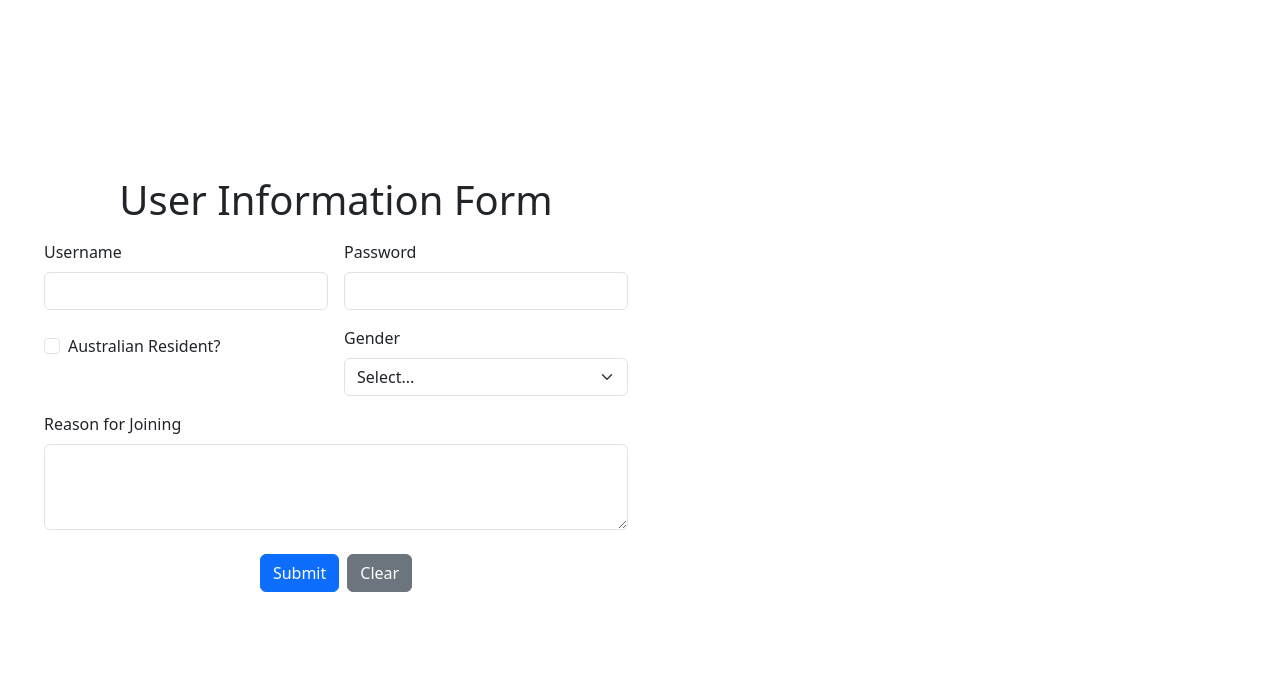
Repository: Andrew-JX/mji-library
Page: /
The author's editor kept a copy of each file at every save. The page is drawn from the files as they stood at one save, then again after a run of saves.
The browser window is 1280 px wide. The pictures show the whole page.
The project was rebuilt for these pictures with package versions that can differ from the ones it lists, and the page was loaded fresh each time. Also part of the build but not shown: vite.config.js, src/components/JSON.vue.

Above is the page before, as saved 2025-08-19 15:18:12.

After the next 3 saves:
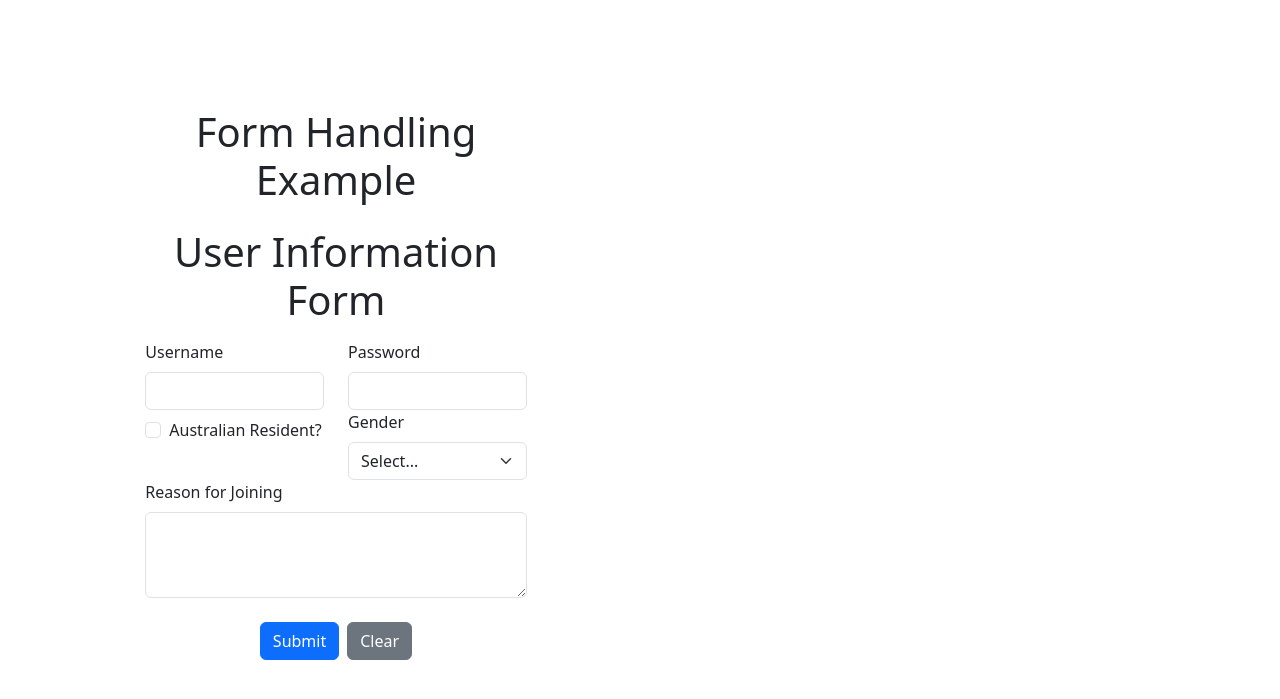
The 3 saves are shown as one change because 2 did not build or start.
The last was saved 3 min 6 s later.
--- a/src/components/Form.vue
+++ b/src/components/Form.vue
@@ -2,63 +2,66 @@
 <template>
   <div class="container mt-5">
     <div class="row">
-      <h1 class="text-center mb-3 display-6">User Information Form</h1>
-      <form @submit.prevent="submitForm">
-        <div class="row g-3">
-          <div class="col-md-6 col-sm-6">
-            <label for="username" class="form-label">Username</label>
-            <input type="text" class="form-control" id="username" required v-model="formData.username" />
-          </div>
+      <div class="col-md-8 offset-md-2">
+        <h1 class="text-center mb-4">Form Handling Example</h1>
+        <h1 class="text-center mb-3 display-6">User Information Form</h1>
+        <form @submit.prevent="submitForm">
+          <div class="row mb-3">
+            <div class="col-md-6 col-sm-6">
+              <label for="username" class="form-label">Username</label>
+              <input type="text" class="form-control" id="username" required v-model="formData.username" />
+            </div>
 
-          <div class="col-md-6 col-sm-6">
-            <label for="password" class="form-label">Password</label>
-            <input type="password" class="form-control" id="password" v-model="formData.password"
-              autocomplete="new-password" />
-          </div>
+            <div class="col-md-6 col-sm-6">
+              <label for="password" class="form-label">Password</label>
+              <input type="password" class="form-control" id="password" minlength="4" maxlength="10"
+                v-model="formData.password" />
+            </div>
 
-          <div class="col-md-6 col-sm-6">
-            <div class="form-check mt-2">
-              <input type="checkbox" class="form-check-input" id="isAustralian" v-model="formData.isAustralian" />
-              <label class="form-check-label" for="isAustralian">Australian Resident?</label>
+            <div class="col-md-6 col-sm-6">
+              <div class="form-check mt-2">
+                <input type="checkbox" class="form-check-input" id="isAustralian" v-model="formData.isAustralian" />
+                <label class="form-check-label" for="isAustralian">Australian Resident?</label>
+              </div>
+            </div>
+
+            <div class="col-md-6 col-sm-6">
+              <label for="gender" class="form-label">Gender</label>
+              <select class="form-select" id="gender" v-model="formData.gender">
+                <option value="">Select...</option>
+                <option value="male">Male</option>
+                <option value="female">Female</option>
+                <option value="other">Other</option>
+              </select>
+            </div>
+
+            <div class="col-12">
+              <label for="reason" class="form-label">Reason for Joining</label>
+              <textarea class="form-control" id="reason" rows="3" v-model="formData.reason"></textarea>
             </div>
           </div>
 
-          <div class="col-12 col-sm-6">
-            <label for="gender" class="form-label">Gender</label>
-            <select class="form-select" id="gender" v-model="formData.gender">
-              <option value="">Select...</option>
-              <option value="male">Male</option>
-              <option value="female">Female</option>
-              <option value="other">Other</option>
-            </select>
+          <div class="text-center mt-4">
+            <button type="submit" class="btn btn-primary me-2">Submit</button>
+            <button type="button" class="btn btn-secondary" @click="clearForm">Clear</button>
           </div>
+        </form>
 
-          <div class="col-12">
-            <label for="reason" class="form-label">Reason for Joining</label>
-            <textarea class="form-control" id="reason" rows="3" v-model="formData.reason"></textarea>
-          </div>
-        </div>
-
-        <div class="text-center mt-4">
-          <button type="submit" class="btn btn-primary me-2">Submit</button>
-          <button type="button" class="btn btn-secondary" @click="clearForm">Clear</button>
-        </div>
-      </form>
-
-      <!-- Submitted cards -->
-      <div class="row mt-5" v-if="submittedCards.length">
-        <div class="d-flex flex-wrap justify-content-start">
-          <div v-for="(card, index) in submittedCards" :key="index" class="card m-2" style="width: 18rem;">
-            <div class="card-header">User Information</div>
-            <ul class="list-group list-group-flush">
-              <li class="list-group-item">Username: {{ card.username }}</li>
-              <li class="list-group-item">Password: {{ card.password }}</li>
-              <li class="list-group-item">
-                Australian Resident: {{ card.isAustralian ? 'Yes' : 'No' }}
-              </li>
-              <li class="list-group-item">Gender: {{ card.gender }}</li>
-              <li class="list-group-item">Reason: {{ card.reason }}</li>
-            </ul>
+        <!-- Submitted cards -->
+        <div class="row mt-5" v-if="submittedCards.length">
+          <div class="d-flex flex-wrap justify-content-start">
+            <div v-for="(card, index) in submittedCards" :key="index" class="card m-2" style="width: 18rem;">
+              <div class="card-header">User Information</div>
+              <ul class="list-group list-group-flush">
+                <li class="list-group-item">Username: {{ card.username }}</li>
+                <li class="list-group-item">Password: {{ card.password }}</li>
+                <li class="list-group-item">
+                  Australian Resident: {{ card.isAustralian ? 'Yes' : 'No' }}
+                </li>
+                <li class="list-group-item">Gender: {{ card.gender }}</li>
+                <li class="list-group-item">Reason: {{ card.reason }}</li>
+              </ul>
+            </div>
           </div>
         </div>
       </div>
